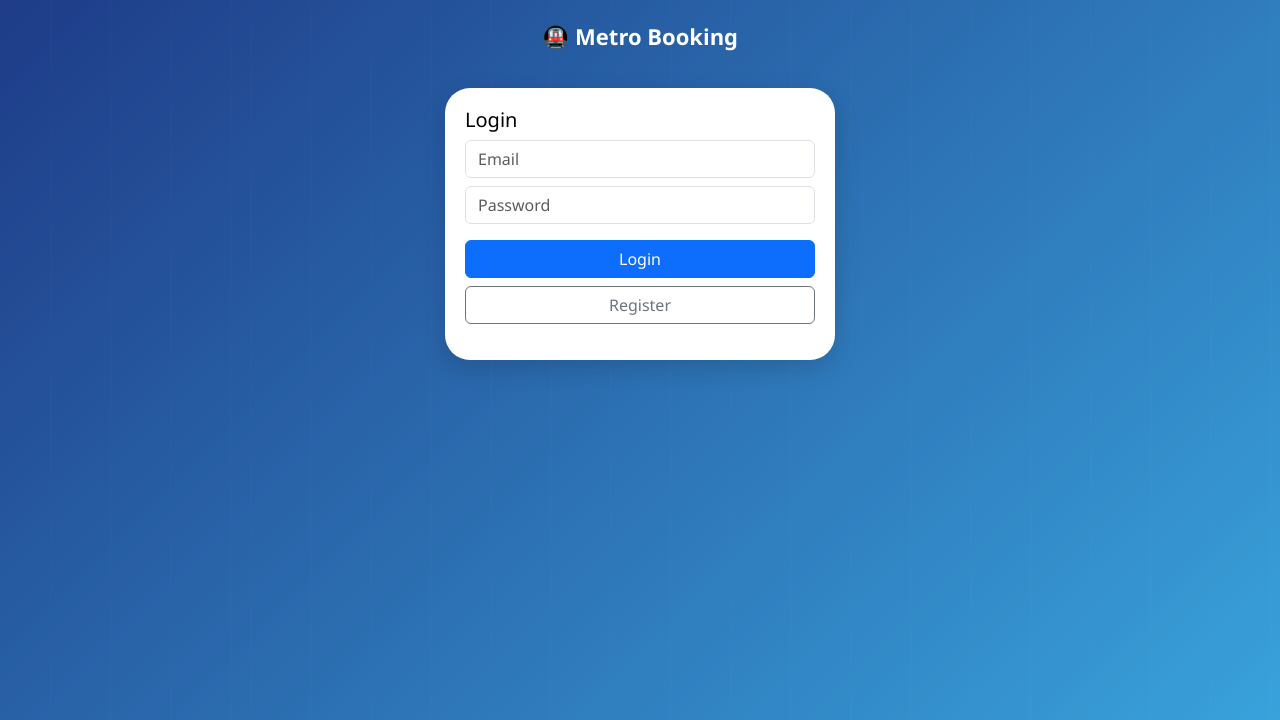
Repository: aksah72/Metro-Booking-System
Page: MetroBookingService/ui/index.html
These files come from the project's save history. The page is drawn as it stood at one moment and after the next save; the edit follows.
The browser window is 1280 px wide. The pictures show the whole page.

Above is the page before, as saved 2026-02-22 23:21:45.

After the next save:
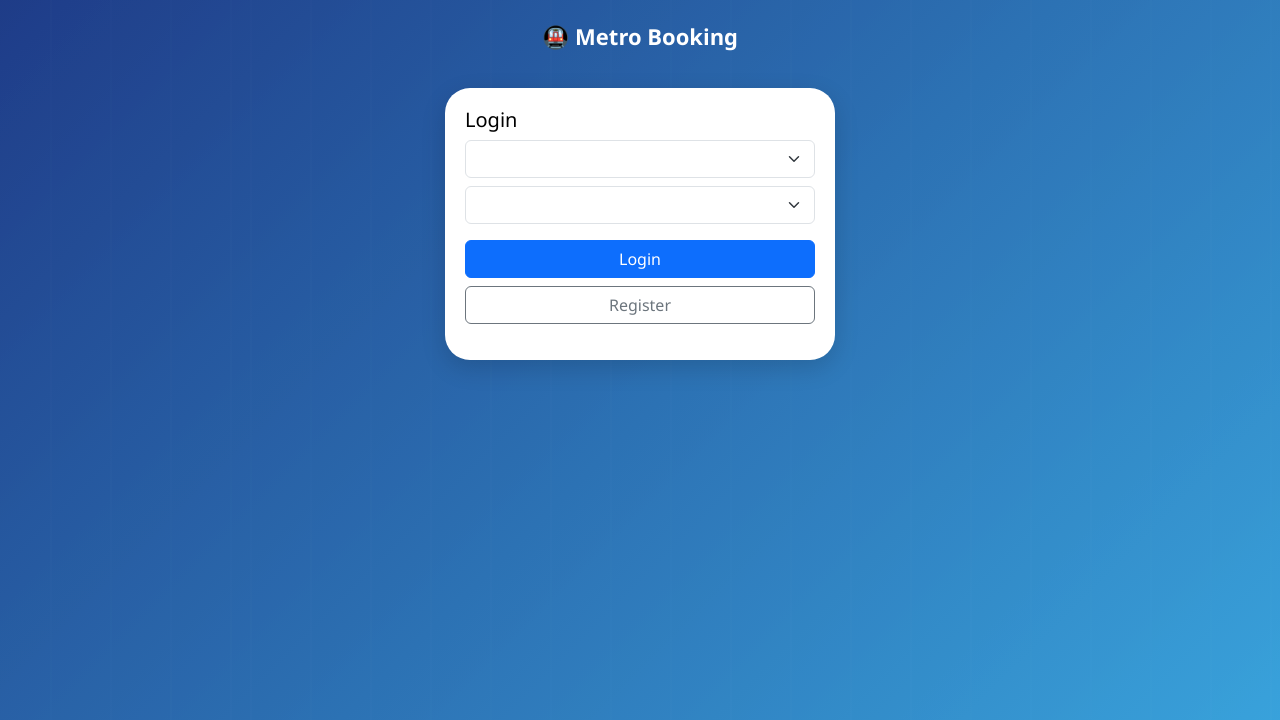
Saved 21 min 1 s later.
--- a/MetroBookingService/ui/index.html
+++ b/MetroBookingService/ui/index.html
@@ -138,8 +138,8 @@ border:3px solid black;
 <div id="authSection" class="card-box">
 <h5 id="authTitle">Login</h5>
 
-<input type="email" id="email" class="form-control mb-2" placeholder="Email">
-<input type="password" id="password" class="form-control mb-3" placeholder="Password">
+<select id="source" class="form-select mb-2"></select>
+<select id="destination" class="form-select mb-3"></select>
 
 <button class="btn btn-primary w-100 mb-2" onclick="login()">Login</button>
 <button class="btn btn-outline-secondary w-100 mb-2" onclick="register()">Register</button>
